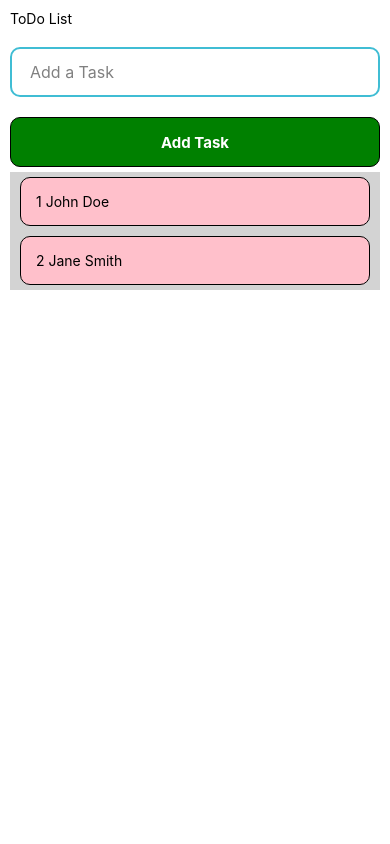
Repository: raisingh22/Projects
Screen: /
The author's editor kept a copy of each file at every save. The screen is drawn from the files as they stood at one save, then again after the next save.
The app was drawn by React Native's web renderer in a window 390 px wide. The project was rebuilt for these pictures with package versions that can differ from the ones it lists, and the page was loaded fresh each time.

Above is the screen before, as saved 2024-01-21 19:17:30.

After the next save:
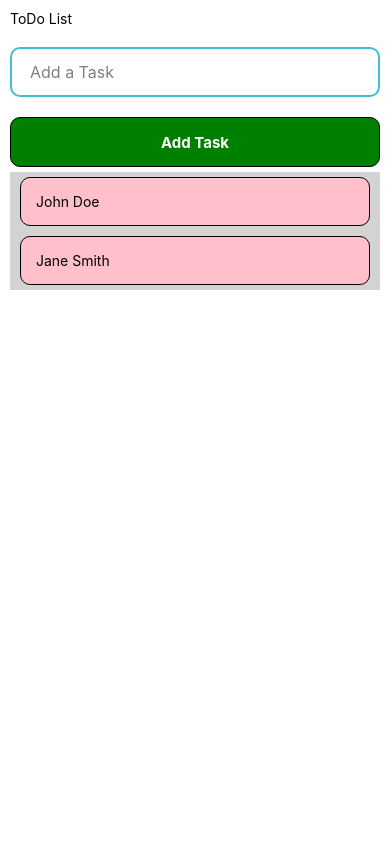
Saved 8 s later.
--- a/src/ToDoList/screens/ToDo.js
+++ b/src/ToDoList/screens/ToDo.js
@@ -50,7 +50,7 @@ const ToDo = () => {
               marginHorizontal:10
             }}>
             <Text>
-              {item.id} {item.name}
+            {item.name}
             </Text>
           </View>
         )}
